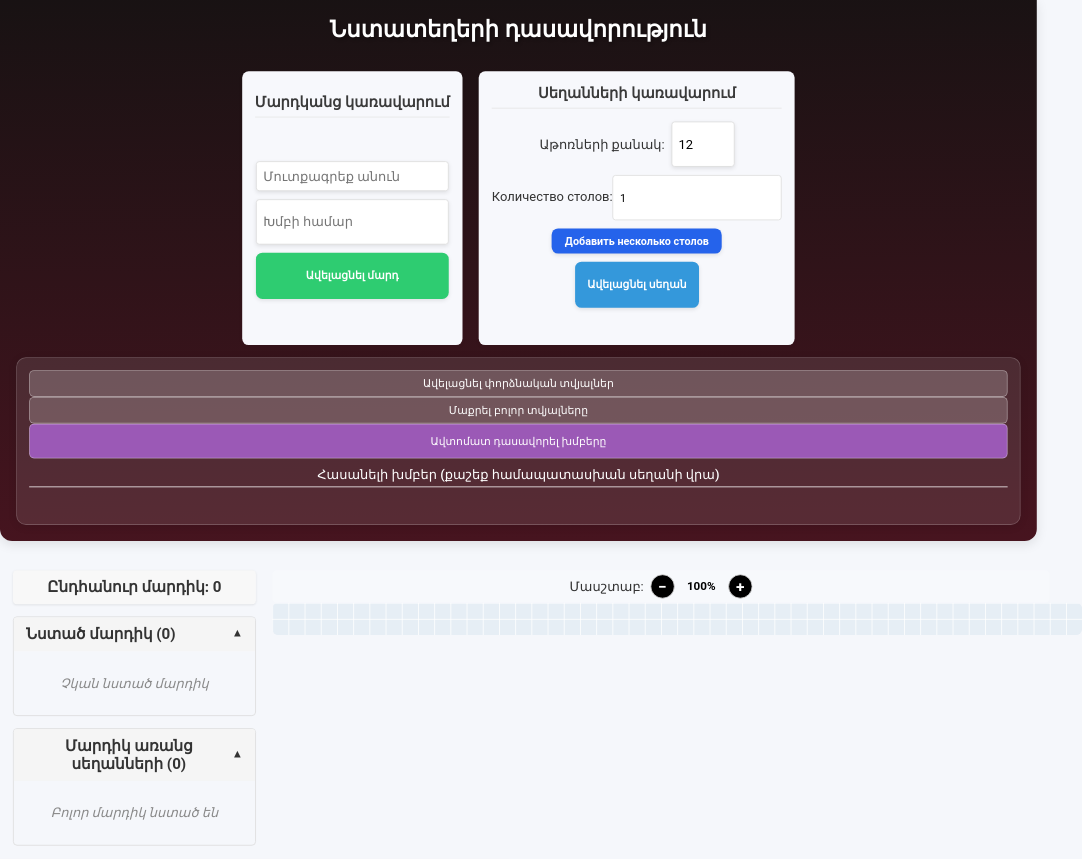
Repository: Vahan-23/Table-V2
Page: /
These files come from the project's save history. The page is drawn as it stood at one moment and after the next save; the edit follows.
The browser window is 1280 px wide. The page is 1336 px wide, so the pictures cover 1336 px, including what lies to the right of the window. The pictures show the whole page, at 81% of full size.
The project was rebuilt for these pictures with package versions that can differ from the ones it lists, and the page was loaded fresh each time.

Above is the page before, as saved 2025-03-03 12:25:05.

### src/component/App.css
/* Modern styles for the Seating Arrangement app */

* {
  margin: 0;
  padding: 0;
  font-family: 'Roboto', 'Segoe UI', Arial, sans-serif;
}

body {
  background-color: #f5f7fb;
  color: #333;
}

.app-container {
  display: flex;
  flex-direction: column;
  min-height: 100vh;
}

/* Header Styles */
.app-header {
  background: linear-gradient(179deg, #181213 0%, rgb(71 20 31) 100%);
  padding: 20px;
  border-radius: 0 0 15px 15px;
  box-shadow: 0 4px 15px rgba(0, 0, 0, 0.1);
  margin-bottom: 20px;
}

.header-content {
  display: flex;
  justify-content: space-between;
  align-items: center;
  max-width: 1600px;
  margin: 0 auto;
  width: 100%;
  flex-direction: column;
}

.logo {
  color: white;
  font-size: 28px;
  font-weight: bold;
  text-shadow: 2px 2px 4px rgba(0, 0, 0, 0.3);
  margin-bottom: 15px;
}

.header-controls {
  background: rgba(255, 255, 255, 0.15);
  backdrop-filter: blur(10px);
  padding: 15px;
  border-radius: 12px;
  box-shadow: inset 0 1px 1px rgba(255, 255, 255, 0.1), 0 1px 2px rgba(0, 0, 0, 0.1);
  display: flex;
  width: 80%;
}

.control-group {
  display: flex;
  flex-wrap: wrap;
  gap: 1rem;
  width: 100%;
}

.input-group {
  display: flex;
  gap: 10px;
  margin-bottom: 15px;
  align-items: center;
  justify-content: center;
}

.input-field {
  flex: 1;
  padding: 10px 15px;
  border-radius: 8px;
  border: none;
  font-size: 16px;
  box-shadow: 0 2px 5px rgba(0, 0, 0, 0.1);
}

.input-group input,
.table-controls input {
  height: 38px;
  padding: 0.5rem;
  border: 1px solid #ddd;
  border-radius: 4px;
  outline: none;
  transition: border-color 0.2s;
}

.input-group input:focus,
.table-controls input:focus {
  border-color: #2563eb;
}

.group-input-container {
  position: relative;
  flex: 1;
}

.group-dropdown {
  position: absolute;
  top: 100%;
  left: 0;
  width: 100%;
  max-height: 200px;
  overflow-y: auto;
  z-index: 10;
  background-color: white;
  border: none;
  border-radius: 8px;
  box-shadow: 0 4px 12px rgba(0, 0, 0, 0.15);
  margin-top: 5px;
}

.dropdown-item {
  padding: 10px 15px;
  cursor: pointer;
  border-bottom: 1px solid #eee;
  transition: background-color 0.2s;
}

.dropdown-item:hover {
  background-color: #f5f5f5;
}

.dropdown-item-new {
  padding: 10px 15px;
  cursor: pointer;
  background-color: #f0f0f0;
  font-style: italic;
  border-radius: 0 0 8px 8px;
  z-index: 2;
}

.dropdown-empty {
  padding: 10px 15px;
  color: #666;
}

button {
  cursor: pointer;
  border: none;
  border-radius: 4px;
  padding: 0.5rem 1rem;
  font-weight: 500;
  transition: all 0.2s;
}

.primary-btn {
  background-color: #2563eb;
  color: white;
  border: none;
  border-radius: 8px;
  font-weight: bold;
  cursor: pointer;
  box-shadow: 0 2px 5px rgba(0, 0, 0, 0.1);
  transition: transform 0.2s, background-color 0.2s;
}

.primary-btn:hover {
  background-color: #1d4ed8;
}

.add-person-btn {
  /* margin-left: 30px; */
  padding: 21px 20px;
  background-color: #2ecc71;
  color: white;
}

.add-person-btn:hover {
  background-color: #27ae60;
  transform: translateY(-2px);
}

.secondary-btn {
  padding: 8px 15px;
  background-color: rgba(255, 255, 255, 0.2);
  color: white;
  border: 1px solid rgba(255, 255, 255, 0.4);
  border-radius: 6px;
  cursor: pointer;
  transition: background-color 0.2s;
}

.secondary-btn:hover {
  background-color: rgba(255, 255, 255, 0.3);
}

.table-controls {
  display: flex;
  align-items: center;
  gap: 10px;
  margin-bottom: 15px;
  flex-direction: column;
}

.chair-count-input {
  width: 120px;
  padding: 10px 15px;
  border-radius: 8px;
  border: none;
  font-size: 16px;
  box-shadow: 0 2px 5px rgba(0, 0, 0, 0.1);
}

.add-table-btn {
  flex: 1;
  padding: 21px 15px;
  background-color: #3498db;
  color: white;
}

.add-table-btn:hover {
  background-color: #2980b9;
  transform: translateY(-2px);
}

.create-all-tables-btn {
  flex: 2;
  padding: 13px 15px;
  background-color: #9b59b6;
  color: white;
}

.create-all-tables-btn:hover {
  background-color: #8e44ad;
  transform: translateY(-2px);
}

/* Bottom controls section */
.bottom-controls {
  display: flex;
  justify-content: space-between;
  align-items: center;
}

/* Save controls */
.save-controls {
  display: flex;
  align-items: center;
  gap: 0.5rem;
}

/* Zoom controls */
.zoom-controls {
  display: flex;
  align-items: center;
  gap: 8px;
  background-color: rgba(255, 255, 255, 0.2);
  padding: 5px 10px;
  border-radius: 6px;
  justify-content: center;
}

.zoom-btn {
  width: 30px;
  height: 30px;
  border-radius: 50%;
  border: none;
  background-color: rgba(255, 255, 255, 0.3);
  color: white;
  font-size: 18px;
  font-weight: bold;
  cursor: pointer;
  display: flex;
  justify-content: center;
  align-items: center;
}

.zoom-controls button {
  width: 30px;
  height: 30px;
  display: flex;
  align-items: center;
  justify-content: center;
  background-color: #000000;
  border-radius: 50%;
  font-size: 1.2rem;
  padding: 0;
}

.zoom-controls span {
  font-size: 0.9rem;
  min-width: 50px;
  text-align: center;
}

.zoom-percentage {
  color: rgb(0, 0, 0);
  font-weight: bold;
}

/* Groups Container */
.groups-container {
  background-color: rgba(255, 255, 255, 0.1);
  border-radius: 12px;
  padding: 15px;
  margin-top: 15px;
  box-shadow: 0 2px 10px rgba(0, 0, 0, 0.1);
  border: 1px solid rgba(255, 255, 255, 0.2);
}

.groups-header {
  display: flex;
  flex-direction: column;
  gap: 10px;
}

.groups-header h3 {
  color: #ffffff;
  font-size: 1rem;
  font-weight: 500;
}

.groups-title {
  margin: 0 0 10px 0;
  font-size: 20px;
  color: white;
  font-weight: 600;
  border-bottom: 2px solid rgba(255, 255, 255, 0.5);
  padding-bottom: 5px;
  display: inline-block;
}

.groups-wrapper {
  display: flex;
  flex-wrap: nowrap;
  gap: 12px;
  overflow-x: auto;
  padding: 5px 0;
  max-height: 100px;
  max-width: 100%;
  scrollbar-width: thin;
  scrollbar-color: rgba(255, 255, 255, 0.5) transparent;
}

.groups-wrapper::-webkit-scrollbar {
  height: 6px;
  width: 6px;
}

.groups-wrapper::-webkit-scrollbar-track {
  background: #f1f1f1;
  border-radius: 10px;
}

.groups-wrapper::-webkit-scrollbar-thumb {
  background: #3498db;
  border-radius: 10px;
}

.groups-wrapper::-webkit-scrollbar-thumb:hover {
  background: #2980b9;
}

/* Main Content */
.main-content {
  display: flex;
  flex: 1;
  padding: 1rem;
  gap: 20px;
  max-width: 1600px;
  margin: 0 auto;
  width: 100%;
}

/* Sidebar */
.sidebar {
  width: 300px;
  flex-shrink: 0;
}

.unseated-people-list,
.people-list {
  background-color: white;
  border-radius: 8px;
  padding: 15px;
  margin-top: 20px;
  box-shadow: 0 2px 8px rgba(0, 0, 0, 0.1);
  margin-bottom: 1.5rem;
}

.unseated-people-list h3,
.people-list h3 {
  margin-top: 0;
  margin-bottom: 15px;
  color: #333;
  font-size: 18px;
  font-weight: 600;
  border-bottom: 1px solid #e5e7eb;
  padding-bottom: 0.5rem;
}

.unseated-people-grid,
.people-grid {
  display: grid;
  grid-template-columns: repeat(auto-fill, minmax(120px, 1fr));
  gap: 10px;
}

.unseated-person-card,
.person-card {
  position: relative;
  background-color: #f9f9f9;
  border-radius: 6px;
  padding: 10px;
  box-shadow: 0 1px 3px rgba(0, 0, 0, 0.1);
  font-size: 0.9rem;
  display: flex;
  justify-content: space-between;
  align-items: center;
}

.person-card {
  flex-direction: column;
  align-items: flex-start;
  gap: 0.25rem;
}

.person-name {
  display: block;
  font-weight: bold;
  font-size: 14px;
  margin-bottom: 4px;
}

.person-group {
  display: block;
  font-size: 12px;
  color: #666;
}

.group-tag {
  background-color: #e0e7ff;
  color: #4f46e5;
  border-radius: 4px;
  padding: 0.15rem 0.4rem;
  font-size: 0.75rem;
  font-weight: 500;
}

.delete-btn {
  position: absolute;
  top: 5px;
  right: 5px;
  width: 20px;
  height: 20px;
  border-radius: 50%;
  background-color: #e74c3c;
  color: white;
  border: none;
  display: flex;
  align-items: center;
  justify-content: center;
  font-size: 10px;
  cursor: pointer;
  opacity: 0.7;
  transition: opacity 0.2s;
}

.delete-btn:hover {
  background-color: #fee2e2;
  opacity: 1;
}

/* Tables Area */
.tables-area {
  background-image: linear-gradient(rgba(255, 255, 255, 0.8) 1px, transparent 1px),
    linear-gradient(90deg, rgba(255, 255, 255, 0.8) 1px, transparent 1px);
  background-size: 20px 20px;
  background-color: #e6eef5;
  flex: 1;
  min-height: 600px;
  border-radius: 8px;
  padding: 20px;
  position: relative;
  transform-origin: top left;
  display: flex;
  flex-wrap: wrap;
  gap: 2rem;
  align-content: flex-start;
  min-height: 70vh;
}

/* Table Styles */
.table-container {
  background-color: white;
  border-radius: 10px;
  box-shadow: 0 4px 12px rgba(0, 0, 0, 0.08);
  padding: 1rem;
  width: fit-content;
  margin-bottom: 20px;
  flex-shrink: 0;
}

.table-header {
  display: flex;
  justify-content: space-between;
  align-items: center;
  margin-bottom: 1rem;
}

.table-header h3 {
  font-size: 1rem;
  font-weight: 600;
  color: #374151;
}

.delete-table-btn {
  background-color: #fee2e2;
  color: #ef4444;
  font-size: 0.8rem;
  padding: 0.25rem 0.5rem;
}

.delete-table-btn:hover {
  background-color: #fecaca;
}

.table {
  margin: 20px;
  width: 200px;
  height: 200px;
  border: 50px solid #e7d8c7;
  border-radius: 50%;
  display: flex;
  justify-content: center;
  align-items: center;
  background-image: url('../../public/table.jpg');
  background-size: cover;
}

.table-top {
  position: relative;
  top: -15%;
  left: -15%;
}

.chair {
  position: absolute;
  width: 60px;
  height: 60px;
  background-size: cover;
  background-position: center;
  background-repeat: no-repeat;
  color: white;
  display: flex;
  justify-content: center;
  align-items: center;
  border-radius: 50%;
  font-size: 12px;
  text-align: center;
  cursor: pointer;
  transition: transform 0.2s ease, opacity 0.2s ease;
}

.chair:hover {
  transform: scale(1.1);
  opacity: 0.7;
}

/* New Table Dropzone */
.new-table-dropzone {
  width: 300px;
  height: 200px;
  border: 2px dashed #3498db;
  border-radius: 8px;
  display: flex;
  align-items: center;
  justify-content: center;
  background-color: rgba(52, 152, 219, 0.05);
  transition: all 0.3s;
  margin-bottom: 20px;
}

.new-table-dropzone.hovered {
  background-color: rgba(52, 152, 219, 0.47);
  border-color: #4f46e5;
}

.dropzone-content {
  display: flex;
  flex-direction: column;
  align-items: center;
  justify-content: center;
  text-align: center;
  padding: 20px;
  gap: 1rem;
}

.dropzone-icon {
  font-size: 32px;
  color: #3498db;
  margin-bottom: 10px;
}

.dropzone-text {
  font-size: 16px;
  font-weight: bold;
  color: #333;
}

/* Popup styles */
.popup-overlay {
  position: fixed;
  top: 0;
  left: 0;
  right: 0;
  bottom: 0;
  background-color: rgba(0, 0, 0, 0.5);
  display: flex;
  align-items: center;
  justify-content: center;
  z-index: 1000;
}

.popup {
  background-color: white;
  border-radius: 10px;
  padding: 1.5rem;
  min-width: 300px;
  max-width: 400px;
  max-height: 80vh;
  overflow-y: auto;
  box-shadow: 0 10px 25px rgba(0, 0, 0, 0.2);
}

.popup h3 {
  margin-bottom: 1rem;
  color: #374151;
}

.person-selection-list {
  list-style: none;
  margin-bottom: 1rem;
}

.person-selection-list li {
  padding: 0.75rem;
  border-radius: 6px;
  cursor: pointer;
  transition: background-color 0.2s;
}

.person-selection-list li:hover {
  background-color: #f3f4f6;
}

.close-btn {
  background-color: #e5e7eb;
  color: #4b5563;
  width: 100%;
  padding: 0.75rem;
  border-radius: 6px;
  margin-top: 1rem;
}

.close-btn:hover {
  background-color: #d1d5db;
}

/* Fullscreen popup styles */
.fullscreen-popup {
  position: fixed;
  top: 0;
  left: 0;
  width: 100%;
  height: 100%;
  background-color: rgba(0, 0, 0, 0.7);
  z-index: 1000;
  display: flex;
  justify-content: center;
  align-items: center;
}

.fullscreen-popup-overlay {
  position: absolute;
  top: 0;
  left: 0;
  width: 100%;
  height: 100%;
  background-color: rgba(0, 0, 0, 0.7);
  display: flex;
  justify-content: center;
  align-items: center;
}

.fullscreen-popup-content {
  background-color: white;
  border-radius: 8px;
  padding: 20px;
  max-width: 600px;
  width: 90%;
  max-height: 80vh;
  overflow-y: auto;
  box-shadow: 0 10px 25px rgba(0, 0, 0, 0.2);
}

.fullscreen-popup-content h3 {
  margin-top: 0;
  margin-bottom: 20px;
  text-align: center;
  font-size: 18px;
  color: #333;
}

.person-selection-grid {
  display: grid;
  grid-template-columns: repeat(auto-fill, minmax(180px, 1fr));
  gap: 15px;
  margin-bottom: 20px;
  max-height: 60vh;
  overflow-y: auto;
  padding: 10px;
  margin-top: 20px;
}

.person-selection-item {
  background-color: #f9f9f9;
  border: 1px solid #ddd;
  border-radius: 6px;
  padding: 12px;
  cursor: pointer;
  transition: all 0.2s ease;
  display: flex;
  flex-direction: column;
}

.person-selection-item:hover {
  background-color: #e8f4fd;
  transform: translateY(-2px);
  box-shadow: 0 4px 8px rgba(0, 0, 0, 0.1);
}

.person-selection-name {
  display: block;
  font-weight: bold;
  margin-bottom: 4px;
}

.person-selection-group {
  display: block;
  font-size: 12px;
  color: #666;
}

.no-people-message {
  text-align: center;
  padding: 20px;
  color: #666;
  grid-column: 1 / -1;
}

.close-popup-btn {
  display: block;
  margin: 0 auto;
  background-color: #3498db;
  color: white;
  border: none;
  border-radius: 4px;
  padding: 10px 20px;
  font-size: 16px;
  cursor: pointer;
  transition: background-color 0.2s ease;
}

.close-popup-btn:hover {
  background-color: #2980b9;
}

/* Remove person popup */
.remove-person-popup {
  text-align: center;
}

.popup-title {
  text-align: center;
  margin-bottom: 20px;
}

.person-info-card {
  background-color: #f9f9f9;
  padding: 15px;
  border-radius: 8px;
  margin-bottom: 20px;
  box-shadow: 0 2px 4px rgba(0, 0, 0, 0.1);
}

.person-info-name {
  text-align: center;
  font-size: 18px;
  margin: 0 0 10px 0;
  font-weight: bold;
}

.person-info-group {
  text-align: center;
  margin: 0;
  color: #666;
}

.confirmation-text {
  text-align: center;
  margin-bottom: 20px;
  color: #555;
}

.popup-buttons {
  display: flex;
  justify-content: center;
  gap: 15px;
}

.remove-btn {
  padding: 10px 20px;
  background-color: #e74c3c;
  color: white;
  border: none;
  border-radius: 4px;
  cursor: pointer;
  font-weight: bold;
}

.cancel-btn {
  padding: 10px 20px;
  background-color: #7f8c8d;
  color: white;
  border: none;
  border-radius: 4px;
  cursor: pointer;
}

/* Group card styles */
.group-card {
  flex: 0 0 auto;
  min-width: 100px;
  background-color: white;
  border-radius: 6px;
  padding: 8px 12px;
  box-shadow: 0 1px 3px rgba(0, 0, 0, 0.1);
  cursor: grab;
  transition: transform 0.2s, box-shadow 0.2s;
  border-left: 4px solid #3498db;
}

.group-card:hover {
  transform: translateY(-2px);
  box-shadow: 0 3px 6px rgba(0, 0, 0, 0.15);
}

.group-card.dragging {
  opacity: 0.5;
}

.group-name {
  font-weight: 600;
  font-size: 0.9rem;
  color: #2563eb;
  margin-bottom: 5px;
}

.group-count {
  font-size: 0.8rem;
  color: #6b7280;
  margin-top: 0.25rem;
}

/* Responsive adjustments */
@media (max-width: 992px) {
  .header-content {
    flex-direction: column;
    align-items: flex-start;
    gap: 1rem;
  }

  .header-controls {
    width: 100%;
  }

  .main-content {
    flex-direction: column;
  }

  .sidebar {
    width: 100%;
  }
}


.people-section {
  display: flex;
  flex-direction: column;
  gap: 15px;
}

.total-people-counter {
  background-color: #f8f8f8;
  padding: 10px;
  border-radius: 5px;
  text-align: center;
  box-shadow: 0 1px 3px rgba(0, 0, 0, 0.1);
}

.people-box {
  border: 1px solid #ddd;
  border-radius: 5px;
  overflow: hidden;
}

.people-header {
  display: flex;
  align-items: center;
  justify-content: space-between;
  padding: 10px 15px;
  background-color: #f5f5f5;
  cursor: pointer;
}

.people-header:hover {
  background-color: #e9e9e9;
}

.expand-arrow {
  font-size: 14px;
  transition: transform 0.3s ease;
}

.expand-arrow.expanded {
  transform: rotate(180deg);
}

.people-grid-container {
  max-height: 700px;
  overflow-y: auto;
}

.people-grid {
  display: grid;
  grid-template-columns: repeat(auto-fill, minmax(200px, 1fr));
  gap: 10px;
  padding: 10px;
}

.person-card {
  position: relative;
  padding: 10px;
  border-radius: 4px;
  box-shadow: 0 1px 3px rgba(0, 0, 0, 0.1);
  display: flex;
  flex-direction: column;
}

.person-card.seated {
  background-color: rgba(144, 238, 144, 0.2);
  border-left: 3px solid #4CAF50;
}

.person-card.unseated {
  background-color: rgba(255, 235, 205, 0.2);
  border-left: 3px solid #FFA500;
}

.person-name {
  font-weight: bold;
  margin-bottom: 4px;
}

.person-group {
  font-size: 12px;
  color: #666;
}

.delete-btn {
  position: absolute;
  top: 5px;
  right: 5px;
  width: 20px;
  height: 20px;
  border-radius: 50%;
  background-color: #ff6b6b;
  color: white;
  border: none;
  display: flex;
  align-items: center;
  justify-content: center;
  cursor: pointer;
  font-size: 10px;
}

.delete-btn:hover {
  background-color: #ff5252;
}

.empty-message {
  grid-column: 1 / -1;
  padding: 20px;
  text-align: center;
  color: #888;
  font-style: italic;
}

/* Scrollbar styling */
.people-grid-container::-webkit-scrollbar {
  width: 8px;
}

.people-grid-container::-webkit-scrollbar-track {
  background: #f1f1f1;
  border-radius: 4px;
}

.people-grid-container::-webkit-scrollbar-thumb {
  background: #888;
  border-radius: 4px;
}

.people-grid-container::-webkit-scrollbar-thumb:hover {
  background: #555;
}

/* Split header sections styling */
.header-sections {
  display: flex;
  width: 100%;
  gap: 20px;
  margin-top: 20px;
  justify-content: center;
}

.header-section {
  /* flex: 1 1; */
  display: flex;
  height: auto;
  background-color: #f7f8fc;
  border-radius: 8px;
  padding: 16px;
  box-shadow: 0 2px 5px rgba(0, 0, 0, 0.05);
  flex-direction: column;
  justify-content: space-around;
}

.section-main-title {
  color: #3a3a3a;
  margin-top: 0;
  margin-bottom: 16px;
  padding-bottom: 8px;
  border-bottom: 1px solid #e5e5e5;
  font-size: 18px;
}

/* People section specific */
.people-section .input-row {
  display: flex;
  gap: 10px;
  margin-bottom: 15px;
  flex-direction: column;
}

.people-section .data-management {
  margin-top: 20px;
}

/* Table section specific */
.tables-section .table-controls-row {
  display: flex;
  align-items: center;
  gap: 10px;
  margin-bottom: 15px;
  flex-direction: column;

}

.tables-section .chair-count-container {
  display: flex;
  align-items: center;
  gap: 8px;
}

.tables-section .chair-count-input {
  width: 60px;
}

.tables-section .zoom-controls {
  display: flex;
  align-items: center;
  margin-top: 20px;
  gap: 10px;
}

.zoom-buttons {
  display: flex;
  align-items: center;
}

.zoom-btn {
  width: 30px;
  height: 30px;
  display: flex;
  align-items: center;
  justify-content: center;
  border-radius: 4px;
  background-color: #f0f0f0;
  border: 1px solid #ddd;
  cursor: pointer;
}

.zoom-percentage {
  margin: 0 8px;
  min-width: 50px;
  text-align: center;
}

.data-buttons {
  display: flex;
  flex-direction: column;
  align-items: stretch;
}

Loaded but not shown: public/index.html (common file); src/index.js (common file); src/index.css (common file); src/reportWebVitals.js (common file); src/App.css (common file); src/App.js (12 lines, source omitted); src/component/SeatingArrangement.jsx (1081 lines, source omitted)

After the next save:
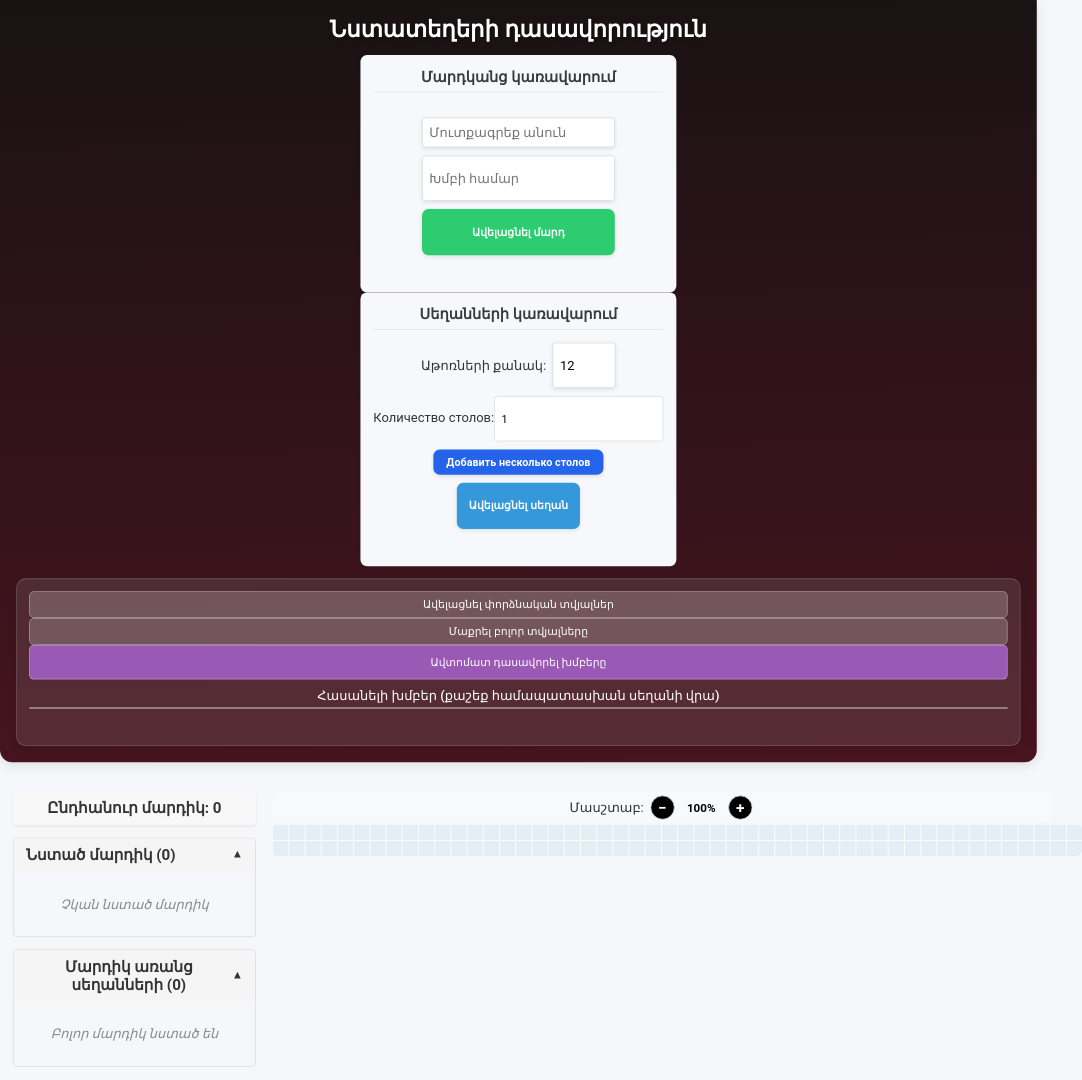
Saved 3 min 4 s later.
--- a/src/component/App.css
+++ b/src/component/App.css
@@ -1021,13 +1021,13 @@
 }
 
 /* Split header sections styling */
-.header-sections {
+/* .header-sections {
   display: flex;
   width: 100%;
   gap: 20px;
   margin-top: 20px;
   justify-content: center;
-}
+} */
 
 .header-section {
   /* flex: 1 1; */

After the save that followed:
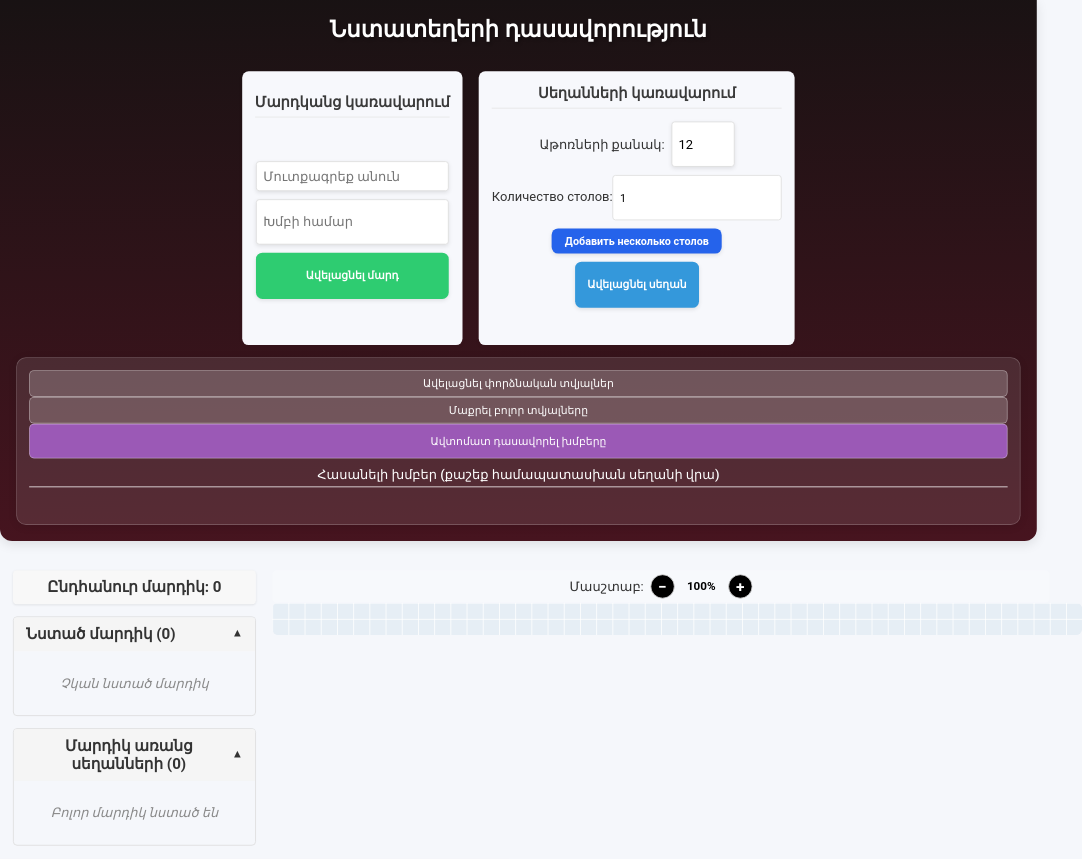
Saved 13 s later.
--- a/src/component/App.css
+++ b/src/component/App.css
@@ -1021,13 +1021,13 @@
 }
 
 /* Split header sections styling */
-/* .header-sections {
+.header-sections {
   display: flex;
   width: 100%;
   gap: 20px;
   margin-top: 20px;
   justify-content: center;
-} */
+}
 
 .header-section {
   /* flex: 1 1; */
